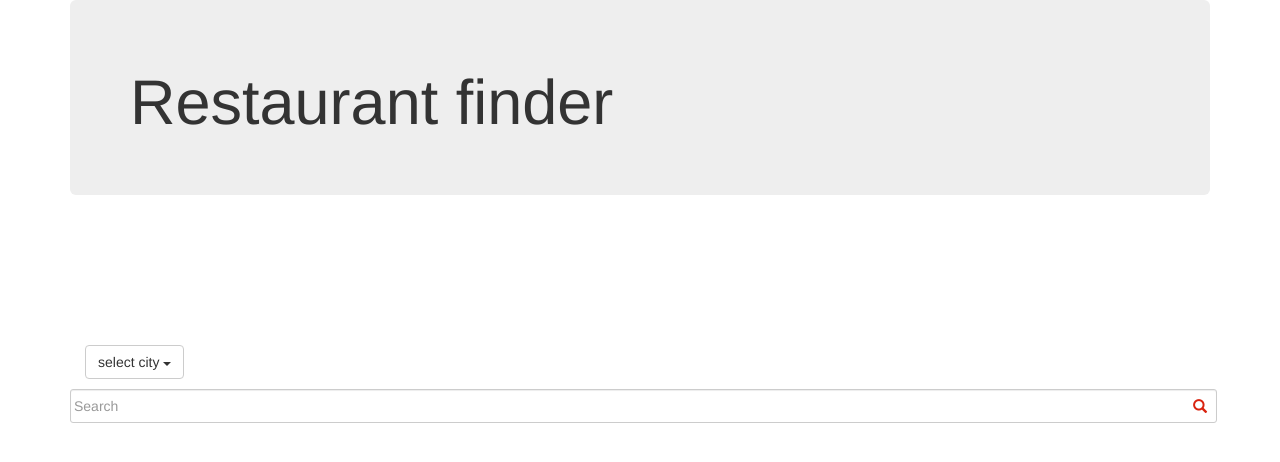
Repository: ganz-95/Denuvo-final
Page: http://localhost/restaurant/
These files come from the project's save history. The page is drawn as it stood at one moment and after the next save; the edit follows.
The browser window is 1280 px wide. The pictures show the whole page.
Some web libraries are served in a nearby version. The page is served by Tomcat 9.

Above is the page before, as saved 2017-01-23 15:36:53.

After the next save:
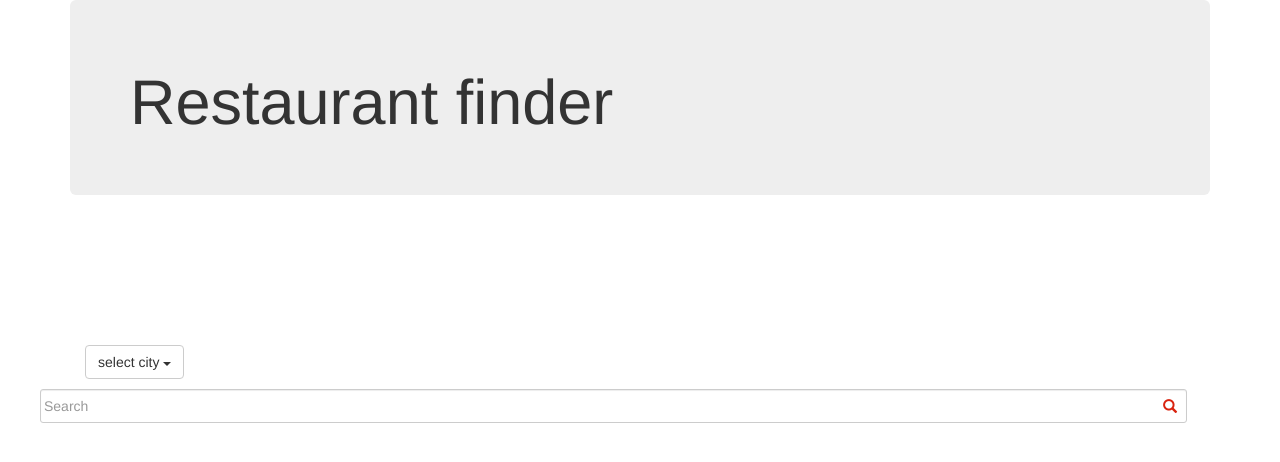
Saved 35 s later.
--- a/workspace/restaurant/src/main/webapp/index.jsp
+++ b/workspace/restaurant/src/main/webapp/index.jsp
@@ -33,8 +33,8 @@
     </ul>
   </div>
 </div>
-<div class="container">
-	<div class="row" style="float:right">
+<div class="container" style="float:right">
+	<div class="row" >
 
            <div id="custom-search-input">
                             <div class="input-group col-md-12">
